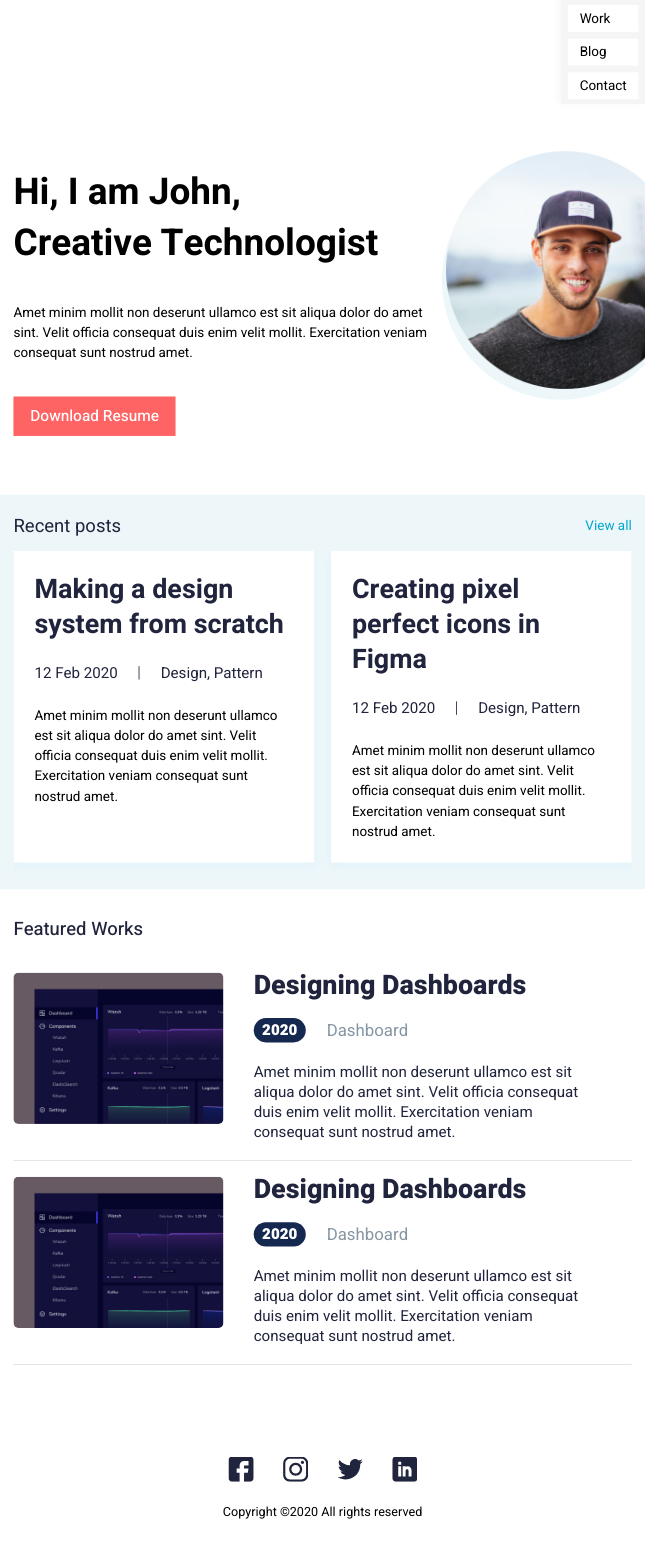
Repository: sharma171/portfolio
Page: /
These files come from the project's save history. The page is drawn as it stood at one moment and after the next save; the edit follows.
The browser window is 768 px wide. The pictures show the whole page, at 84% of full size.
The project was rebuilt for these pictures with package versions that can differ from the ones it lists, and the page was loaded fresh each time. The framework's server and built-in components were replaced by stand-ins that run in the browser. Also part of the build but not shown: next.config.mjs.

Above is the page before, as saved 2024-06-02 23:10:40.

After the next save:
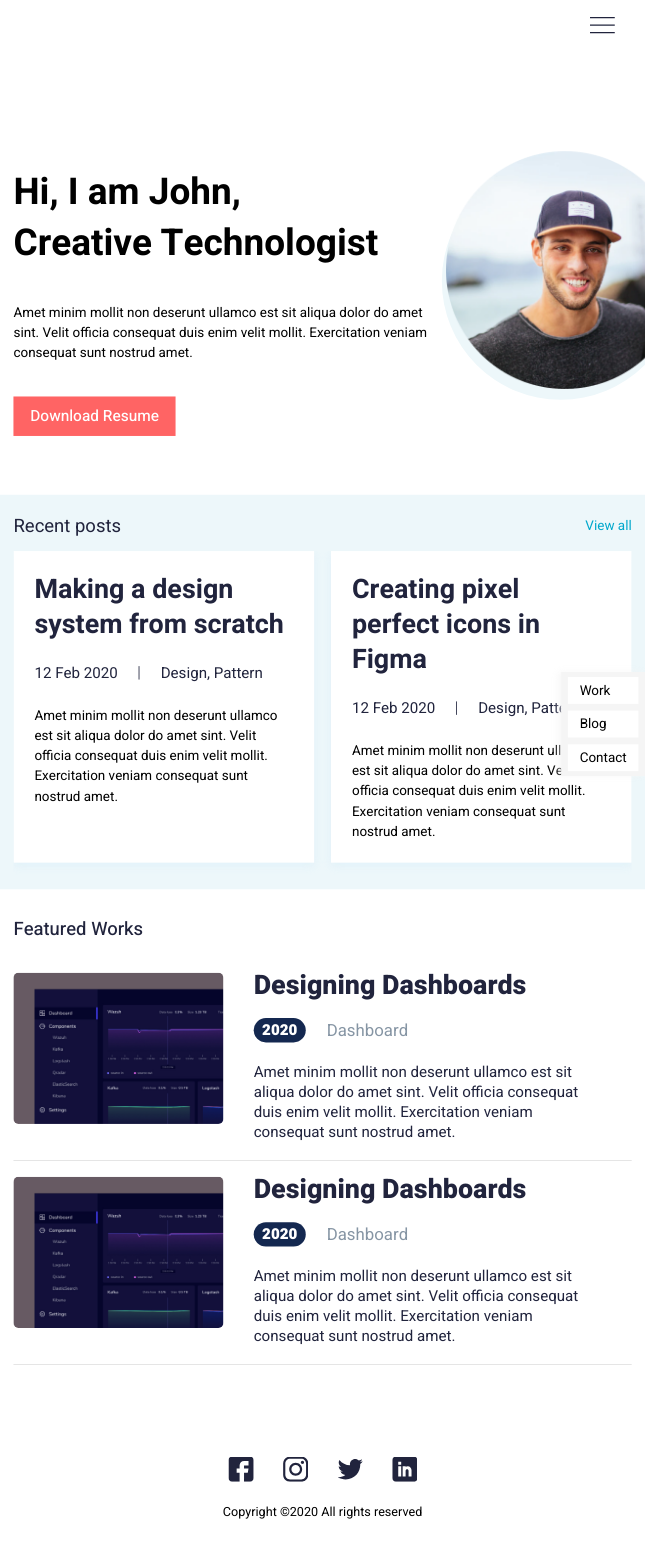
Saved 6 s later.
--- a/src/app/globals.css
+++ b/src/app/globals.css
@@ -109,7 +109,7 @@ footer .footer-inner .copyright {
   }
   .mob-menu .mob-list {
     position: absolute;
-    top: 100$;
+    top: 100%;
     right: 0;
     display: flex;
     flex-direction: column;
